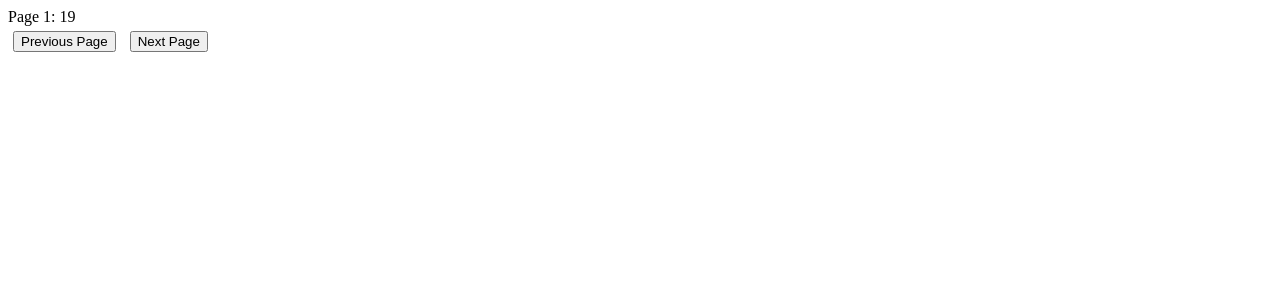
Repository: NopeImNotHere/dotfiles
Page: workspace/playspace/test.html/test.html
These files come from the project's save history. The page is drawn as it stood at one moment and after the next save; the edit follows.
The browser window is 1280 px wide. The pictures show the whole page.

Above is the page before, as saved 2024-03-20 18:49:11.
Console error: TypeError: Cannot read properties of null (reading 'addEventListener')

After the next save:
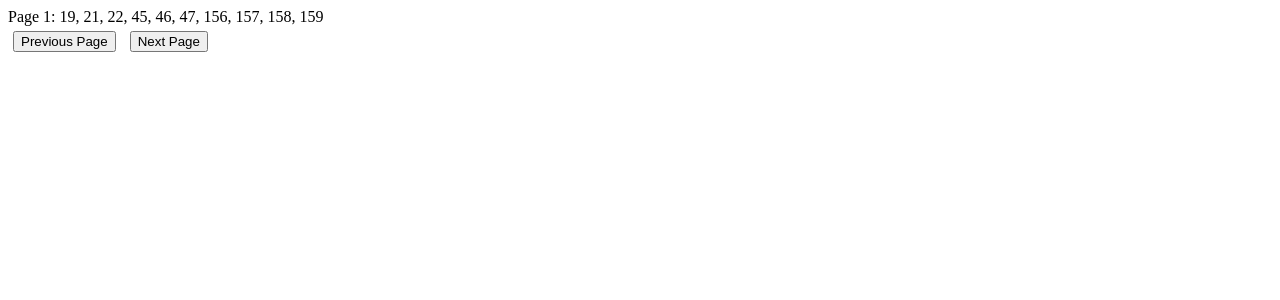
Saved 43 s later.
--- a/workspace/playspace/test.html/test.html
+++ b/workspace/playspace/test.html/test.html
@@ -63,7 +63,6 @@
 
     // Example usage:
     const data = {
-      "status": 1,
       "Unterricht": [
         {
           "PK_Unterricht": 19,
@@ -74,11 +73,100 @@
           "FK_Schuljahr": 3,
           "LetztesUpdate": "2024-01-30 11:12:26"
         },
-        // Other data items...
+        {
+          "PK_Unterricht": 21,
+          "FK_Turnus": 3,
+          "FK_Schuelergruppenart": 3,
+          "Wochenstunden": 23,
+          "Zusatzinformation": "Te",
+          "FK_Schuljahr": 3,
+          "LetztesUpdate": "2024-01-30 11:20:21"
+        },
+        {
+          "PK_Unterricht": 22,
+          "FK_Turnus": 3,
+          "FK_Schuelergruppenart": 3,
+          "Wochenstunden": 23,
+          "Zusatzinformation": "Te",
+          "FK_Schuljahr": 3,
+          "LetztesUpdate": "2024-01-30 11:20:41"
+        },
+        {
+          "PK_Unterricht": 45,
+          "FK_Turnus": 1,
+          "FK_Schuelergruppenart": 1,
+          "Wochenstunden": 22,
+          "Zusatzinformation": "123",
+          "FK_Schuljahr": 1,
+          "LetztesUpdate": "2024-02-06 12:31:26"
+        },
+        {
+          "PK_Unterricht": 46,
+          "FK_Turnus": 1,
+          "FK_Schuelergruppenart": 1,
+          "Wochenstunden": 22,
+          "Zusatzinformation": "123",
+          "FK_Schuljahr": 1,
+          "LetztesUpdate": "2024-02-06 12:31:37"
+        },
+        {
+          "PK_Unterricht": 47,
+          "FK_Turnus": 1,
+          "FK_Schuelergruppenart": 1,
+          "Wochenstunden": 22,
+          "Zusatzinformation": "123",
+          "FK_Schuljahr": 1,
+          "LetztesUpdate": "2024-02-06 12:31:37"
+        },
+        {
+          "PK_Unterricht": 156,
+          "FK_Turnus": 1,
+          "FK_Schuelergruppenart": 1,
+          "Wochenstunden": 4,
+          "Zusatzinformation": "gcfg",
+          "FK_Schuljahr": 1,
+          "LetztesUpdate": "2024-03-07 12:12:22"
+        },
+        {
+          "PK_Unterricht": 157,
+          "FK_Turnus": 1,
+          "FK_Schuelergruppenart": 1,
+          "Wochenstunden": 0,
+          "Zusatzinformation": "gcfg",
+          "FK_Schuljahr": 1,
+          "LetztesUpdate": "2024-03-07 12:14:08"
+        },
+        {
+          "PK_Unterricht": 158,
+          "FK_Turnus": 1,
+          "FK_Schuelergruppenart": 1,
+          "Wochenstunden": 0,
+          "Zusatzinformation": "gcfg",
+          "FK_Schuljahr": 1,
+          "LetztesUpdate": "2024-03-07 12:14:24"
+        },
+        {
+          "PK_Unterricht": 159,
+          "FK_Turnus": 1,
+          "FK_Schuelergruppenart": 1,
+          "Wochenstunden": 0,
+          "Zusatzinformation": "",
+          "FK_Schuljahr": 1,
+          "LetztesUpdate": "2024-03-07 12:14:31"
+        },
+        {
+          "PK_Unterricht": 167,
+          "FK_Turnus": 1,
+          "FK_Schuelergruppenart": 1,
+          "Wochenstunden": 333,
+          "Zusatzinformation": "Test",
+          "FK_Schuljahr": 1,
+          "LetztesUpdate": "2024-03-20 14:38:20"
+        }
       ]
-    };
+    }
 
-    const itemsPerPage = 5; // Adjust the number of items per page as needed
+    const itemsPerPage = 10; // Adjust the number of items per page as needed
     const key = "PK_Unterricht"; // Specify the key to paginate on
 
     const paginator = new Paginator(data.Unterricht, itemsPerPage, key);
